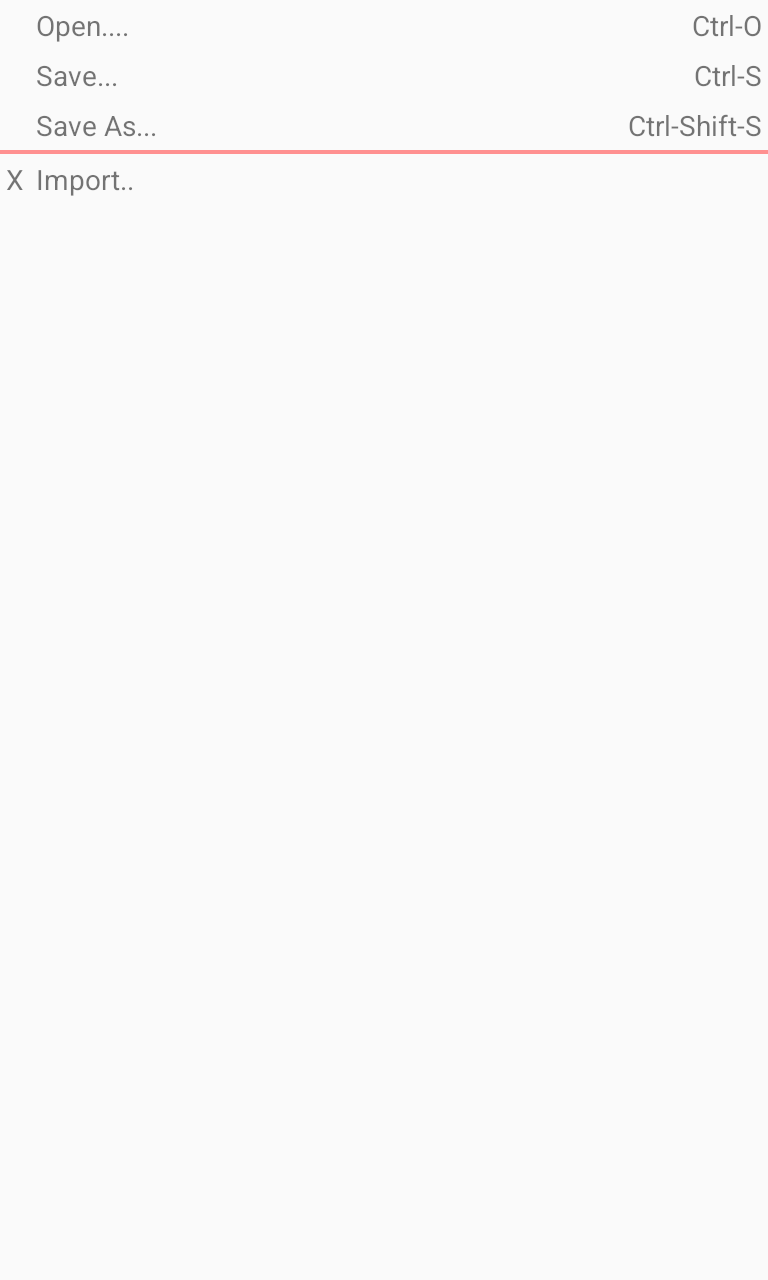
Repository: fitrahyusuf/FITRAH
Layout: TableLayout/res/layout/main.xml
An editor plug-in stored every save of this project. The layout is shown before and after the next save, followed by the edit.
It is drawn on a 768 x 1280 px phone screen (xhdpi) without system bars, with theme AppTheme; the app's code is not run.

Above is the layout before, as saved 2015-05-04 05:56:13.

### TableLayout/res/layout/main.xml
<?xml version="1.0" encoding="utf-8" ?>
<TableLayout
   xmlns:android="http://schemas.android.com/apk/res/android"
  		android:layout_width="fill_parent"
  		android:layout_height="fill_parent"
  		android:stretchColumns="1">

    	<TableRow>
    	    <TextView
    	        android:layout_column="1"
    	        android:text="Open...."
    	        android:padding="3dip"/>
    	    <TextView
    	        android:text="Ctrl-O"
    	        android:gravity="right"
    	        android:padding="3dip"/>
    	</TableRow>
    	<TableRow >
    	    <TextView
    	        android:layout_column="1"
    	        android:text="Save..."
    	        android:padding="3dip"/>
    	    <TextView
    	        android:text="Ctrl-S"
    	        android:gravity="right"
    	        android:padding="3dip"/>
    	</TableRow>
    	<TableRow >
    	    <TextView
    	        android:layout_column="1"
    	        android:text="Save As..."
    	        android:padding="3dip"/>
    	    <TextView
    	        android:text="Ctrl-Shift-S"
    	        android:gravity="right"
    	        android:padding="3dip"
    	        />
    	</TableRow>
    	<View
    	   		android:layout_height="2dip"
    	   		android:background="#FF9090" />
    	<TableRow>
    	    <TextView
    	        android:text="X"
    	        android:padding="3dip"/>
    	    <TextView
    	        android:text="Import.."
    	        android:padding="3dip"/>
    	</TableRow>
 </TableLayout>

Loaded but not shown: TableLayout/res/values/styles.xml (common file); TableLayout/res/values-v11/styles.xml (common file); TableLayout/res/values-v14/styles.xml (common file)

After the next save:
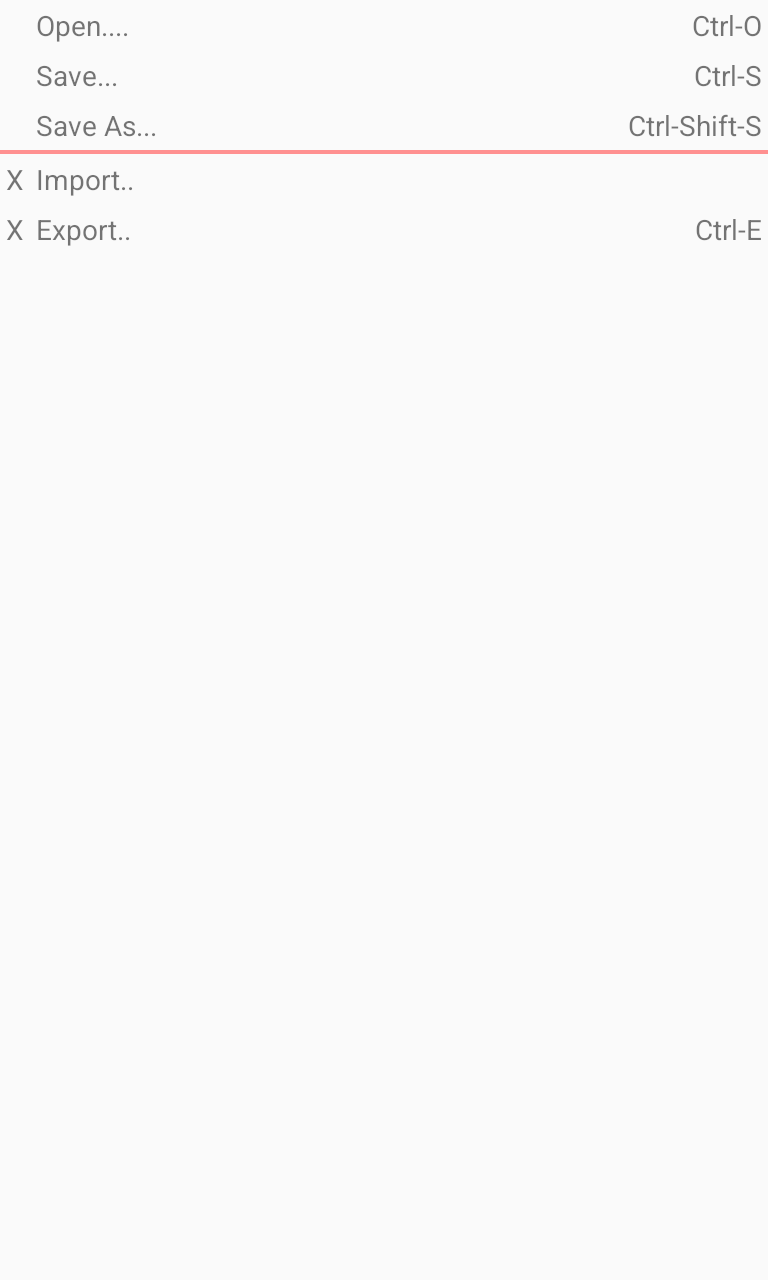
Saved 6 min 58 s later.
--- a/TableLayout/res/layout/main.xml
+++ b/TableLayout/res/layout/main.xml
@@ -47,4 +47,19 @@
     	        android:text="Import.."
     	        android:padding="3dip"/>
     	</TableRow>
+
+    	<TableRow>
+    	    <TextView
+    	        android:text="X"
+    	        android:padding="3dip"/>
+    	    <TextView
+    	        android:text="Export.."
+    	        android:padding="3dip" />
+    	    <TextView
+    	        android:text="Ctrl-E"
+    	        android:gravity="right"
+    	        android:padding="3dip"/>
+
+    	</TableRow>
+
  </TableLayout>
